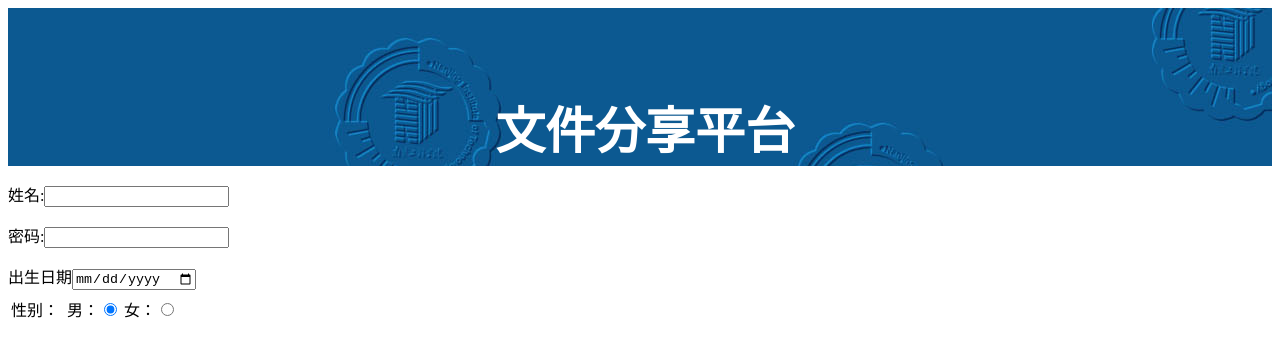
Repository: shunchensaber/Javaweb
Page: http://localhost/Web/Register.jsp
The author's editor kept a copy of each file at every save. The page is drawn from the files as they stood at one save, then again after the next save.
The browser window is 1280 px wide. The pictures show the whole page.
The page is served by Tomcat 9.

Above is the page before, as saved 2019-03-26 15:26:42.

After the next save:
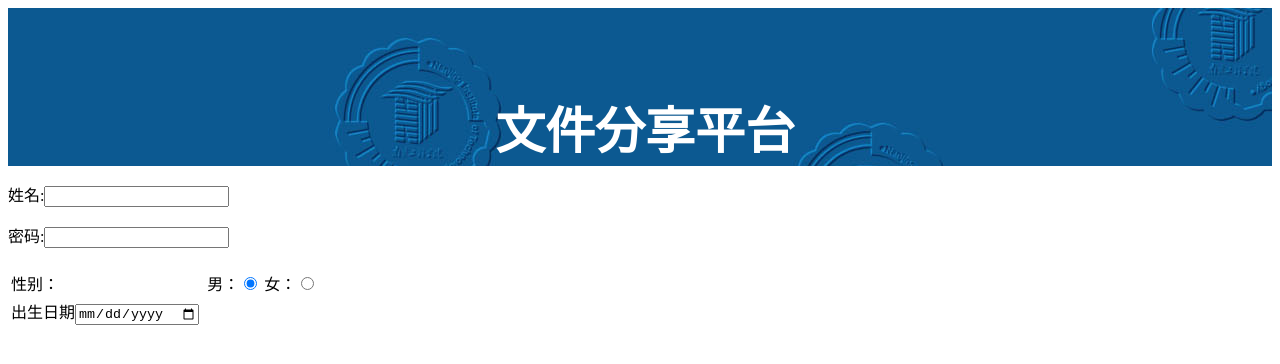
Saved 22 s later.
--- a/Web/WebContent/Register.jsp
+++ b/Web/WebContent/Register.jsp
@@ -37,7 +37,7 @@ p.a
 	</tr>
 
 	<tr>
-	  出生日期<input type="date" name="birthdate">
+	 <td> 出生日期<input type="date" name="birthdate"></td>
 	</tr>
 
 
